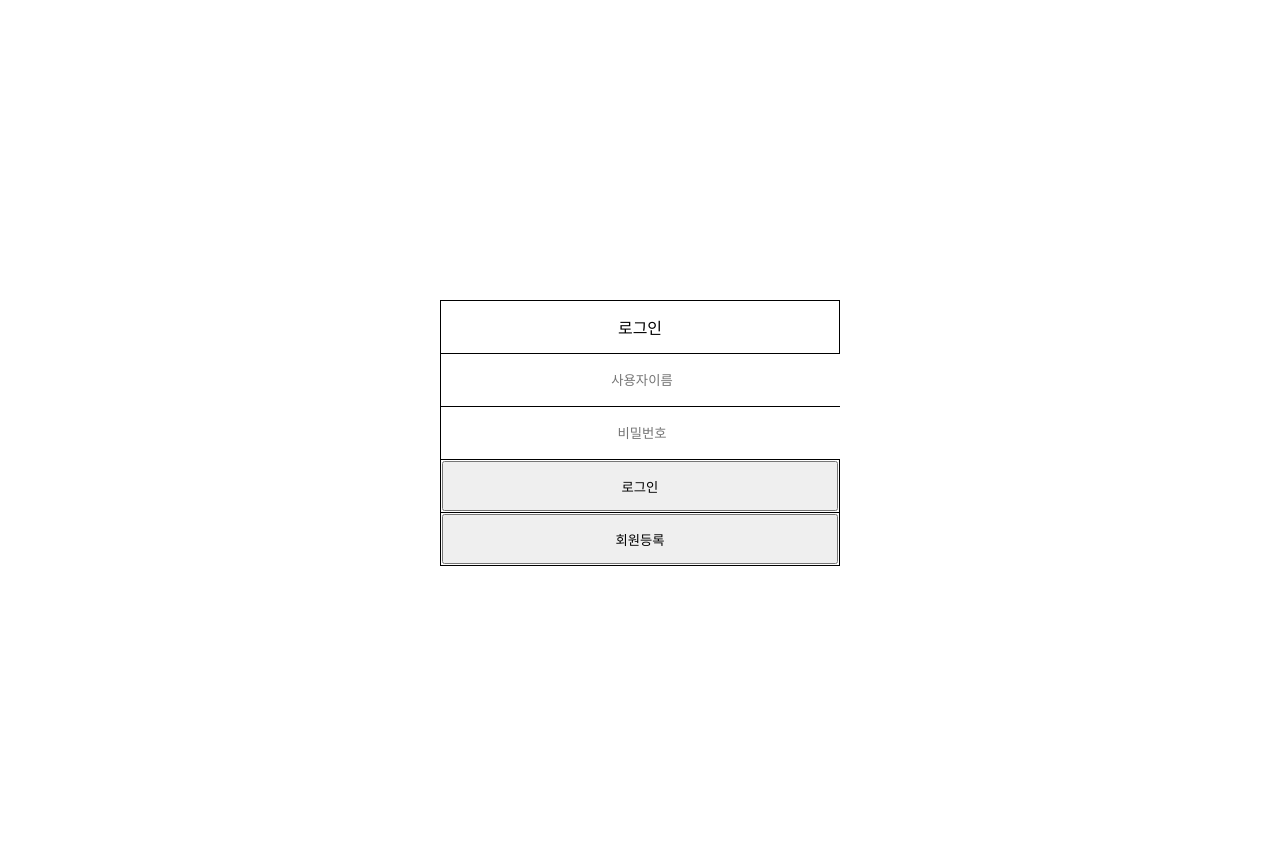
Repository: jyein/spring-boot
Page: servlet/ServletStudy-202210-seonguk/src/main/webapp/WEB-INF/account/login.html
These files come from the project's save history. The page is drawn as it stood at one moment and after the next save; the edit follows.
The browser window is 1280 px wide. The pictures show the whole page.

Above is the page before, as saved 2022-12-01 12:52:00.

### servlet/ServletStudy-202210-seonguk/src/main/webapp/WEB-INF/account/login.html
<!DOCTYPE html>
<html>
<head>
<meta charset="UTF-8">
<title>Insert title here</title>
<style type="text/css">
* {
	boxsizing: border-box;
}

table {
	margin: 300px auto;
	border: 1px solid black;
	border-collapse: collapse;
	width: 400px;
	border: 1px solid black;
}

td {
	border: 1px solid black;
	height: 50px;
	text-align: center;
}

input {
	border: none;
	outline: none;
	width: 100%;
	height: 100%;
	text-align: center;
}

button {
	width: 100%;
	height: 100%;
	cursor: pointer;
}
</style>
</head>
<body>
	<form action="/auth/login" method="post">
		<table>
			<tr>
				<td>로그인</td>
			</tr>
			<tr>
				<td><input type="text" name="username" placeholder="사용자이름">
				</td>
			</tr>
			<tr>
				<td><input type="password" name="password" placeholder="비밀번호">
				</td>
			</tr>
			<tr>
				<td>
					<button type="submit">로그인</button>
				</td>
			</tr>
			<tr>
				<td>
					<button type="button">회원등록</button>
				</td>
			</tr>
		</table>
	</form>
</body>
</html>

After the next save:
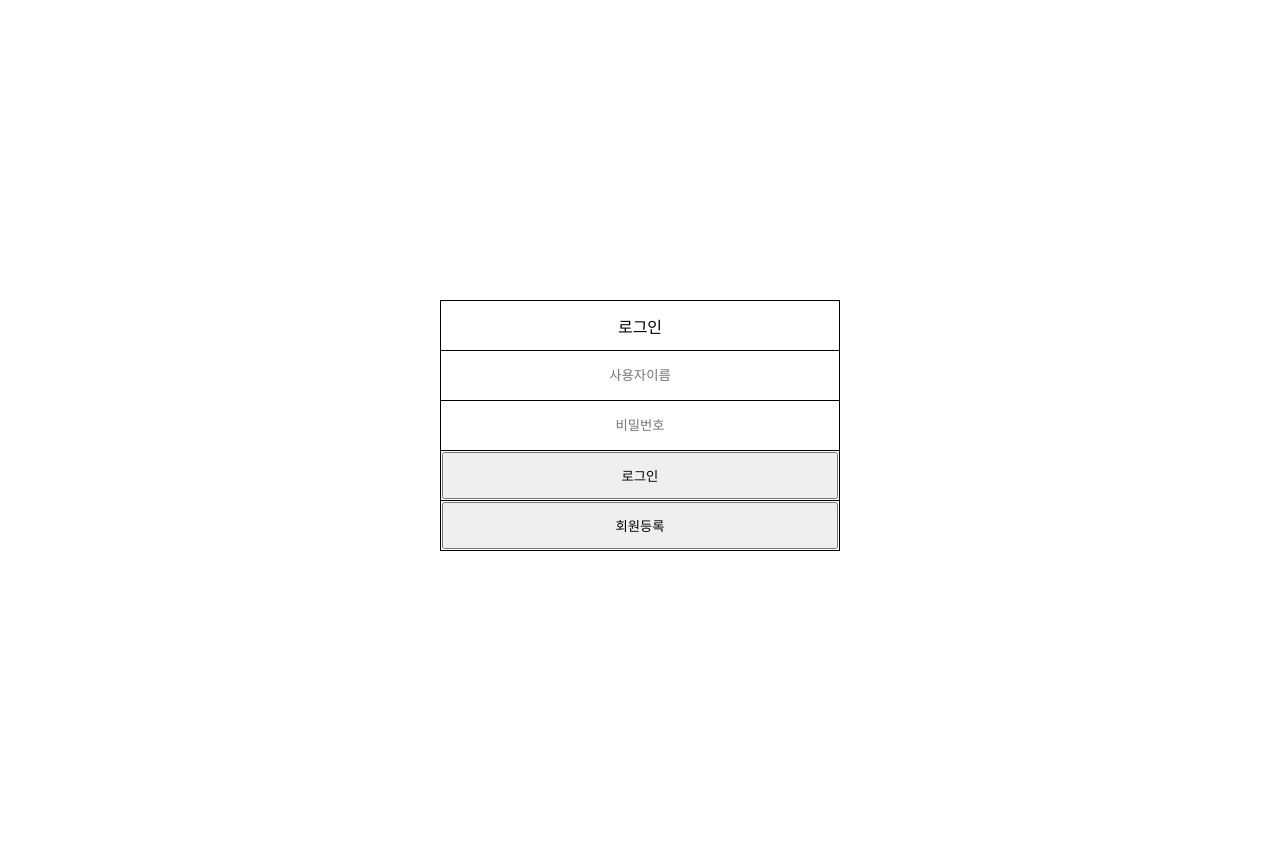
Saved 20 s later.
--- a/servlet/ServletStudy-202210-seonguk/src/main/webapp/WEB-INF/account/login.html
+++ b/servlet/ServletStudy-202210-seonguk/src/main/webapp/WEB-INF/account/login.html
@@ -5,7 +5,7 @@
 <title>Insert title here</title>
 <style type="text/css">
 * {
-	boxsizing: border-box;
+	box-sizing: border-box;
 }
 
 table {
